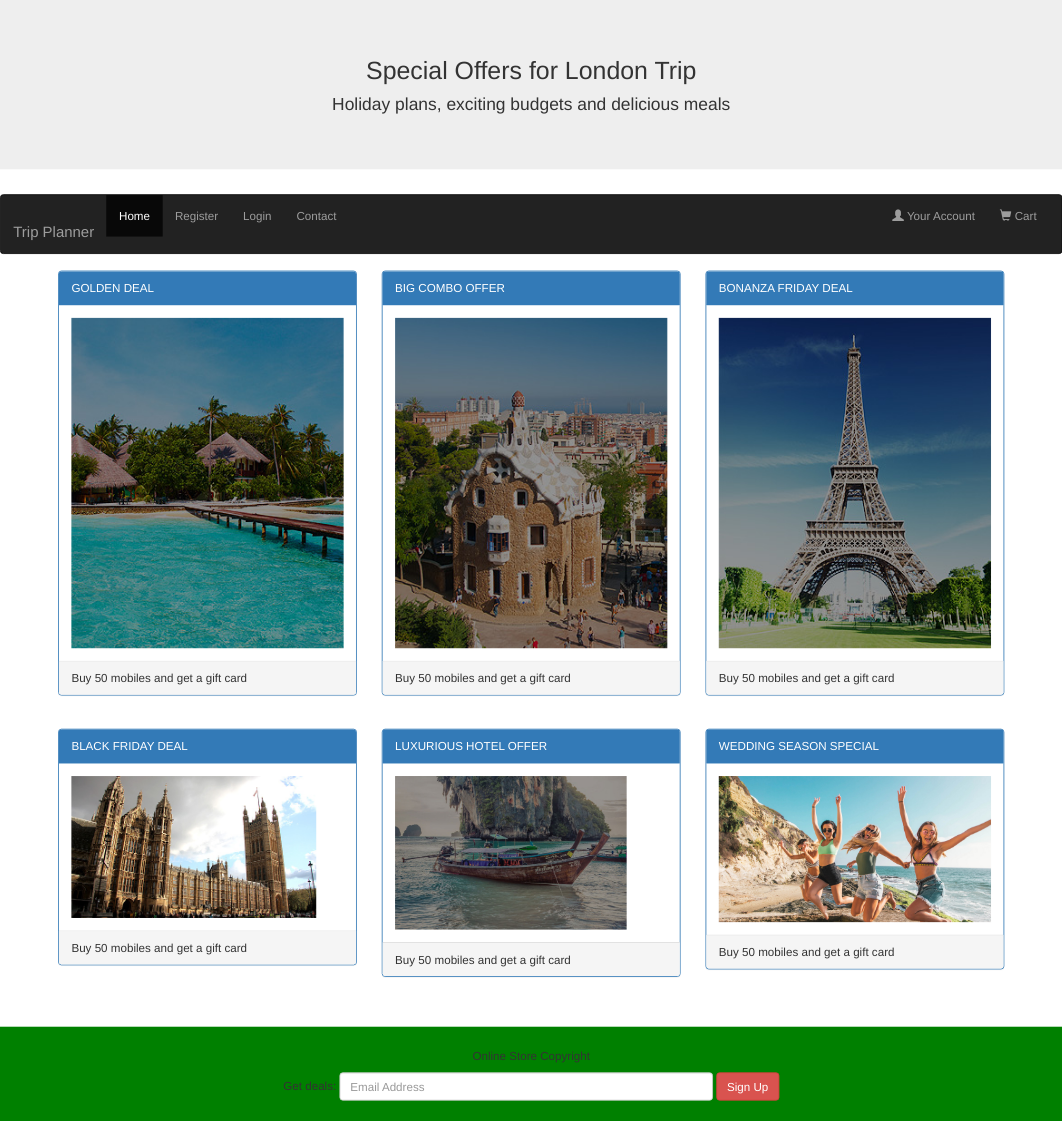
Repository: NanSin21/Mytourism-Website
Page: http://localhost/toursandtravelsmanagement/london.jsp
An editor plug-in stored every save of this project. The page is shown before and after the next save, followed by the edit.
The browser window is 1280 px wide. The pictures show the whole page, at 83% of full size.
The page is served by Tomcat 9. Other server files are loaded and not shown.

Above is the page before, as saved 2018-07-21 18:12:20.

### toursandtravelsmanagement/WebContent/london.jsp
<%@ page language="java" contentType="text/html; charset=ISO-8859-1"
    pageEncoding="ISO-8859-1"%>
<!DOCTYPE html PUBLIC "-//W3C//DTD HTML 4.01 Transitional//EN" "http://www.w3.org/TR/html4/loose.dtd">
<html>
<head>
<meta http-equiv="Content-Type" content="text/html; charset=ISO-8859-1">
<title>London Trip Package</title>
<!-- <meta charset="utf-8"> -->
  <meta name="viewport" content="width=device-width, initial-scale=1">
  <link rel="stylesheet" href="https://maxcdn.bootstrapcdn.com/bootstrap/3.3.7/css/bootstrap.min.css">
  <script src="https://ajax.googleapis.com/ajax/libs/jquery/3.3.1/jquery.min.js"></script>
  <script src="https://maxcdn.bootstrapcdn.com/bootstrap/3.3.7/js/bootstrap.min.js"></script>
  <style>
  .navbar{
  margin-nottom= 50px;
  border-radius= 0;
  }
  .jumbotron{
   margin-bottom= 0;
   }
   footer{
   background: green;
   padding: 25px;
   }
   </style>
</head>
<body>

<div class="jumbotron">
  <div class="container text-center">
   <h2>Special Offers for London Trip</h2>
     <p>Holiday plans, exciting budgets and delicious meals</p>
  </div>
</div>

<nav class="navbar navbar-inverse">
  <div class="container-fluid">
      <div class="navbar-header">
        <button type="button" class="navbar-toggle" data-toggle="collapse" data-target="#myNavbar">
        <span class="icon-bar"></span>
        <span class="icon-bar"></span>
        <span class="icon-bar"></span>
        </button>
        <h1><a class="navbar-brand" href="index.jsp">Trip Planner</a></h1>
      </div>
      <div class="collapse navbar-collapse" id="myNavbar">
      <ul class="nav navbar-nav">
        <li class="active"><a href="TripPlaces/london.jsp">Home</a></li>
        <li><a href="registration.jsp">Register</a></li>
        <li><a href="login.jsp">Login</a></li>
        <li><a href="contact.jsp">Contact</a></li>
      </ul>
      <ul class="nav navbar-nav navbar-right">
        <li><a href="#"><span class="glyphicon glyphicon-user"></span> Your Account</a></li>
        <li><a href="#"><span class="glyphicon glyphicon-shopping-cart"></span> Cart</a></li>
      </ul>
    </div>
  </div>
</nav>


   <div class="container">
  <div class="row">
    <div class="col-sm-4">
      <div class="panel panel-primary">
        <div class="panel-heading">GOLDEN DEAL</div>
        <div class="panel-body"><img src="images/ban_img2.jpg" class="img-responsive" style="width:100%" alt="Image"></div>
        <div class="panel-footer">Buy 50 mobiles and get a gift card</div>
      </div>
    </div>
    <div class="col-sm-4">
      <div class="panel panel-primary">
        <div class="panel-heading">BIG COMBO OFFER</div>
        <div class="panel-body"><img src="images/ban_img1.jpg" class="img-responsive" style="width:100%" alt="Image"></div>
        <div class="panel-footer">Buy 50 mobiles and get a gift card</div>
      </div>
    </div>
    <div class="col-sm-4">
      <div class="panel panel-primary">
        <div class="panel-heading">BONANZA FRIDAY DEAL</div>
        <div class="panel-body"><img src="images/ban_img3.jpg" class="img-responsive" style="width:100%" alt="Image"></div>
        <div class="panel-footer">Buy 50 mobiles and get a gift card</div>
      </div>
    </div>
  </div>
</div><br>

<div class="container">
  <div class="row">
    <div class="col-sm-4">
      <div class="panel panel-primary">
        <div class="panel-heading">BLACK FRIDAY DEAL</div>
        <div class="panel-body"><img src="images/londonhelp.jpg" class="img-responsive" style="width:90%" alt="Image"></div>
        <div class="panel-footer">Buy 50 mobiles and get a gift card</div>
      </div>
    </div>
    <div class="col-sm-4">
      <div class="panel panel-primary">
        <div class="panel-heading">LUXURIOUS HOTEL OFFER</div>
        <div class="panel-body"><img src="images/2.jpg" class="img-responsive" style="width:85%" alt="Image"></div>
        <div class="panel-footer">Buy 50 mobiles and get a gift card</div>
      </div>
    </div>
    <div class="col-sm-4">
      <div class="panel panel-primary">
        <div class="panel-heading">WEDDING SEASON SPECIAL</div>
        <div class="panel-body"><img src="images/1.jpg" class="img-responsive" style="width:100%" alt="Image"></div>
        <div class="panel-footer">Buy 50 mobiles and get a gift card</div>
      </div>
    </div>
  </div>
</div><br><br>

<footer class="container-fluid text-center">
  <p>Online Store Copyright</p>
  <form class="form-inline">Get deals:
    <input type="email" class="form-control" size="50" placeholder="Email Address">
    <button type="button" class="btn btn-danger">Sign Up</button>
  </form>
</footer>
</body>
</html>

After the next save:
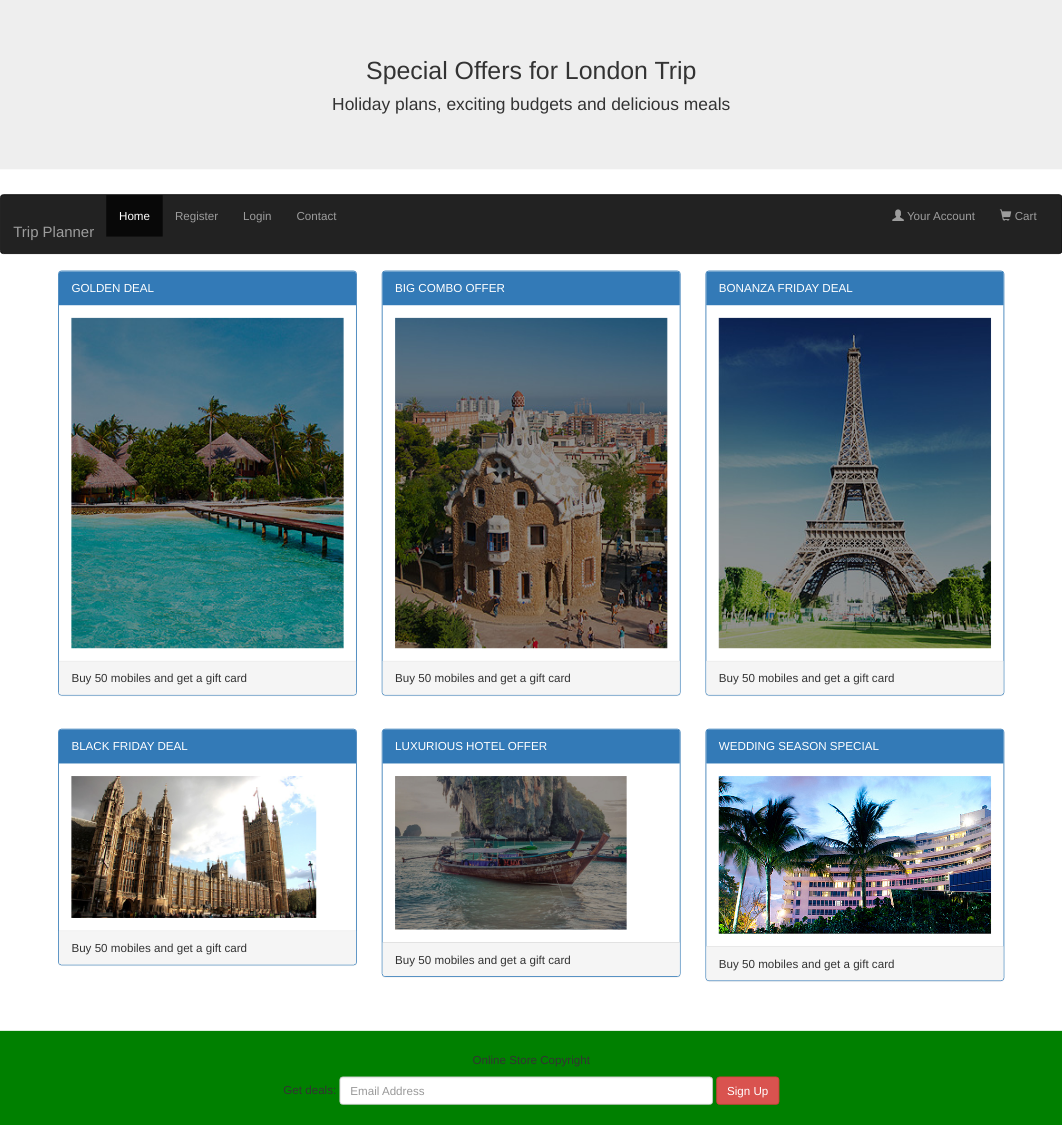
Saved 46 s later.
--- a/toursandtravelsmanagement/WebContent/london.jsp
+++ b/toursandtravelsmanagement/WebContent/london.jsp
@@ -104,7 +104,7 @@
     <div class="col-sm-4">
       <div class="panel panel-primary">
         <div class="panel-heading">WEDDING SEASON SPECIAL</div>
-        <div class="panel-body"><img src="images/1.jpg" class="img-responsive" style="width:100%" alt="Image"></div>
+        <div class="panel-body"><img src="images/page4_img2.jpg" class="img-responsive" style="width:100%" alt="Image"></div>
         <div class="panel-footer">Buy 50 mobiles and get a gift card</div>
       </div>
     </div>
